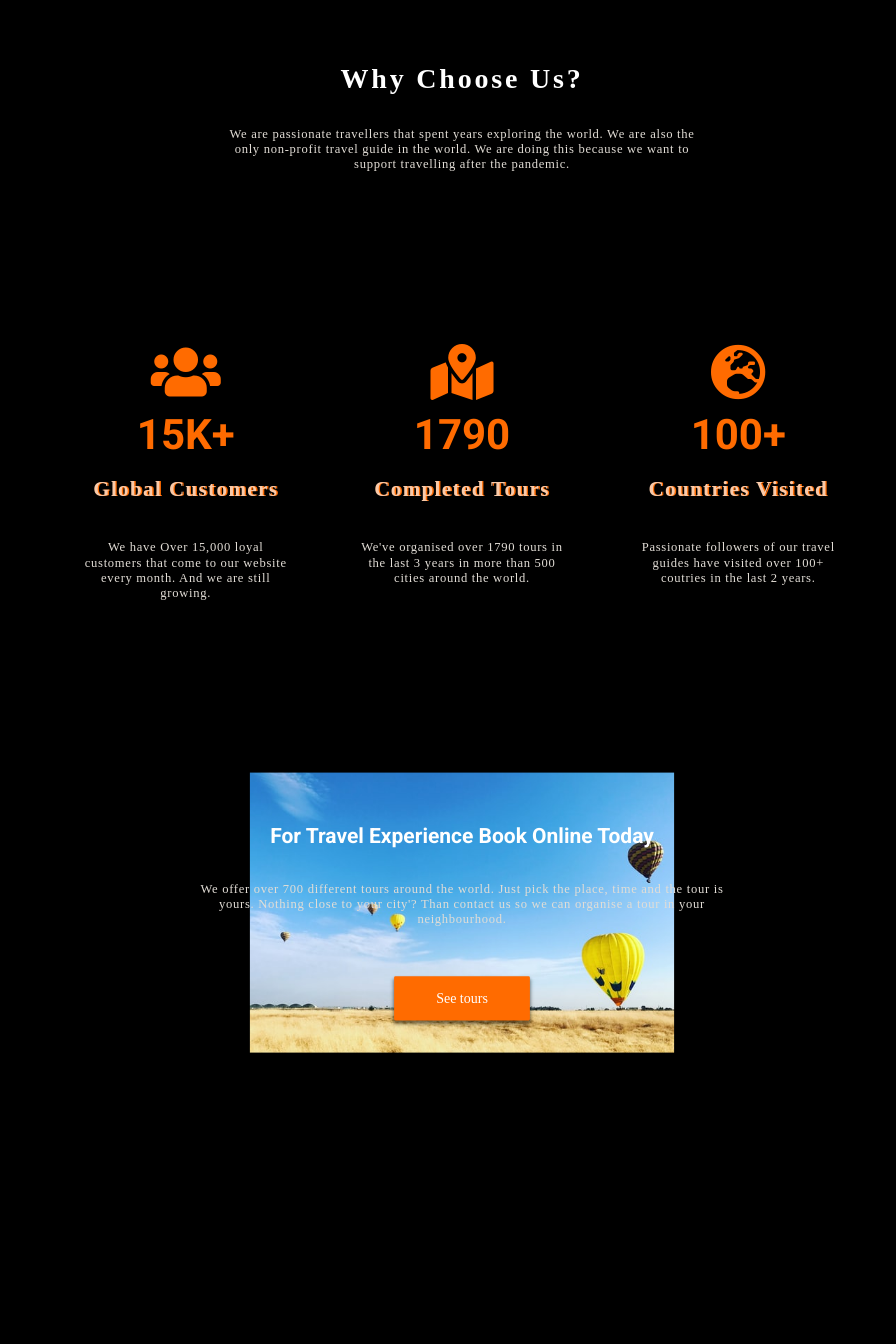
Repository: Hunga9k50doker/wildver-travel
Page: src/index.html
These files come from the project's save history. The page is drawn as it stood at one moment and after a run of saves; the edit follows.
The browser window is 1280 px wide. The pictures show the part of the page from y = 4544 to 6464 px (the page is 6464 px tall), at 70% of full size.
Some web fonts or font styles are not loaded; a fallback is used. The style sheet was rebuilt from its Sass, Less or Tailwind sources for each picture, by a compiler version that may differ from the author's.

Above is the page before, as saved 2021-08-27 21:59:42.

After the next 3 saves:
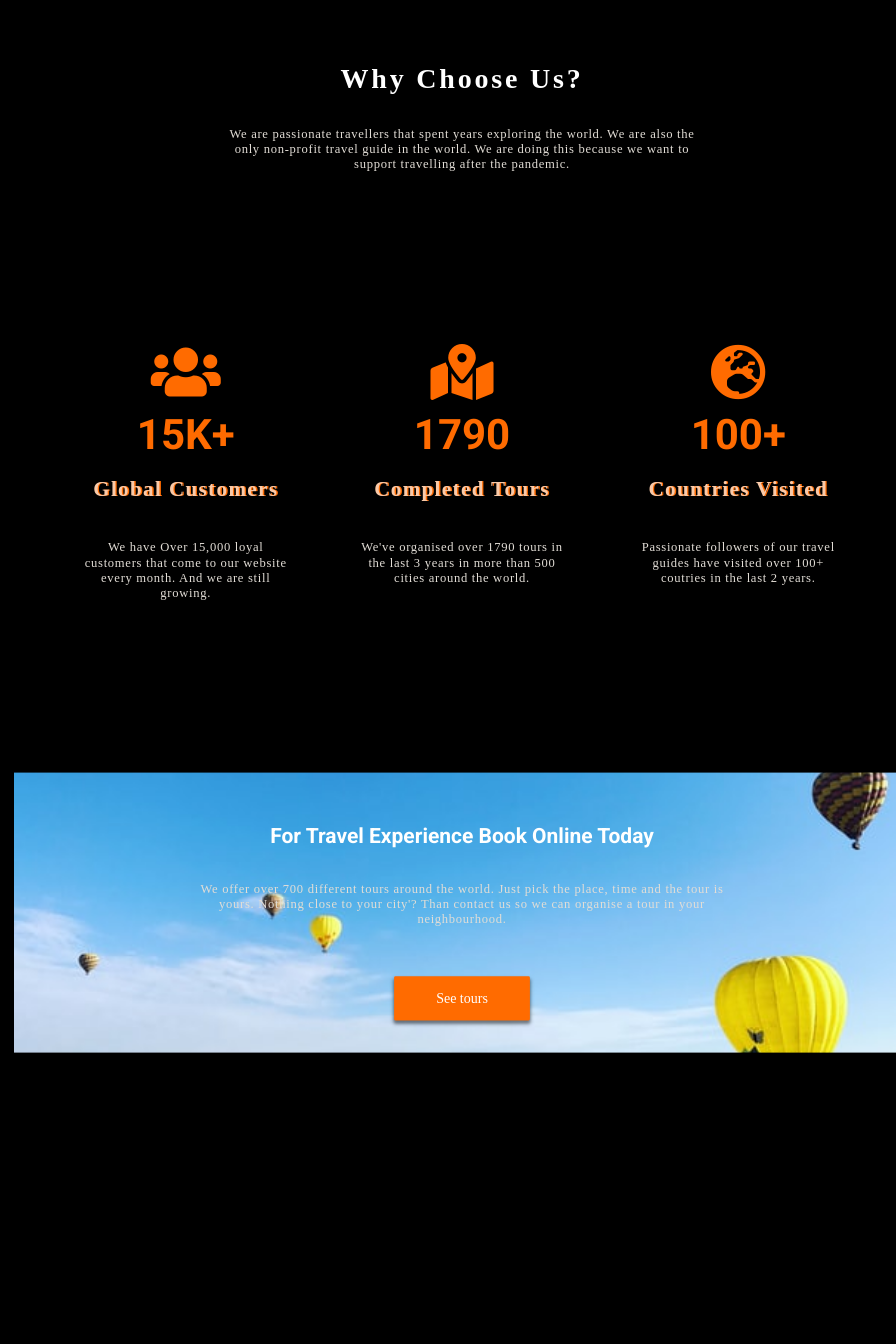
The 3 saves are shown as one change because they came seconds apart.
The last was saved 10 s later.
--- a/src/resources/scss/container.scss
+++ b/src/resources/scss/container.scss
@@ -214,6 +214,7 @@ $mode: cubic-bezier(0.17, 0.67, 0.55, 1.43);
                 text-align: center;
                 // background: url(/src/public/img/airBllon.jpg) no-repeat center cover;
                 background: url(/src/public/img/airBllon.jpg) no-repeat center  center  ;
+                background-size: 100%;
                 flex-direction: column;
                 h3{
                     font-size: 3rem;
